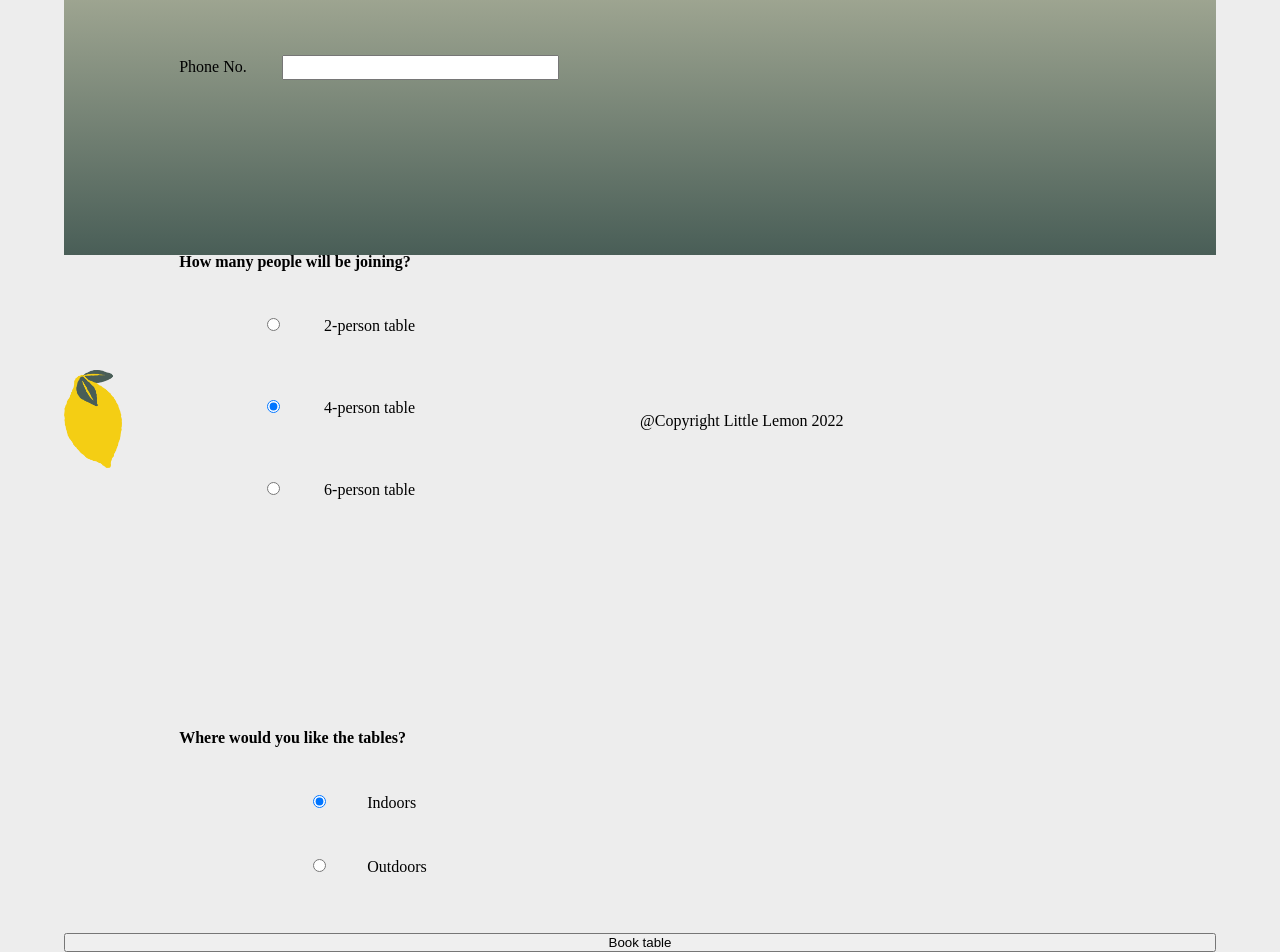
Repository: klone007/littleLemon
Page: index.html
An editor plug-in stored every save of this project. The page is shown before and after a run of saves, followed by the edit.
The browser window is 1280 px wide. The pictures show the part of the page from y = 3712 to 4664 px (the page is 4664 px tall).
A picture or video elsewhere on the page could not be fetched, so the positions and the page height are approximate. Backgrounds fixed to the window are drawn as part of the page.

Above is the page before, as saved 2022-11-17 13:45:45.

After the next 5 saves:
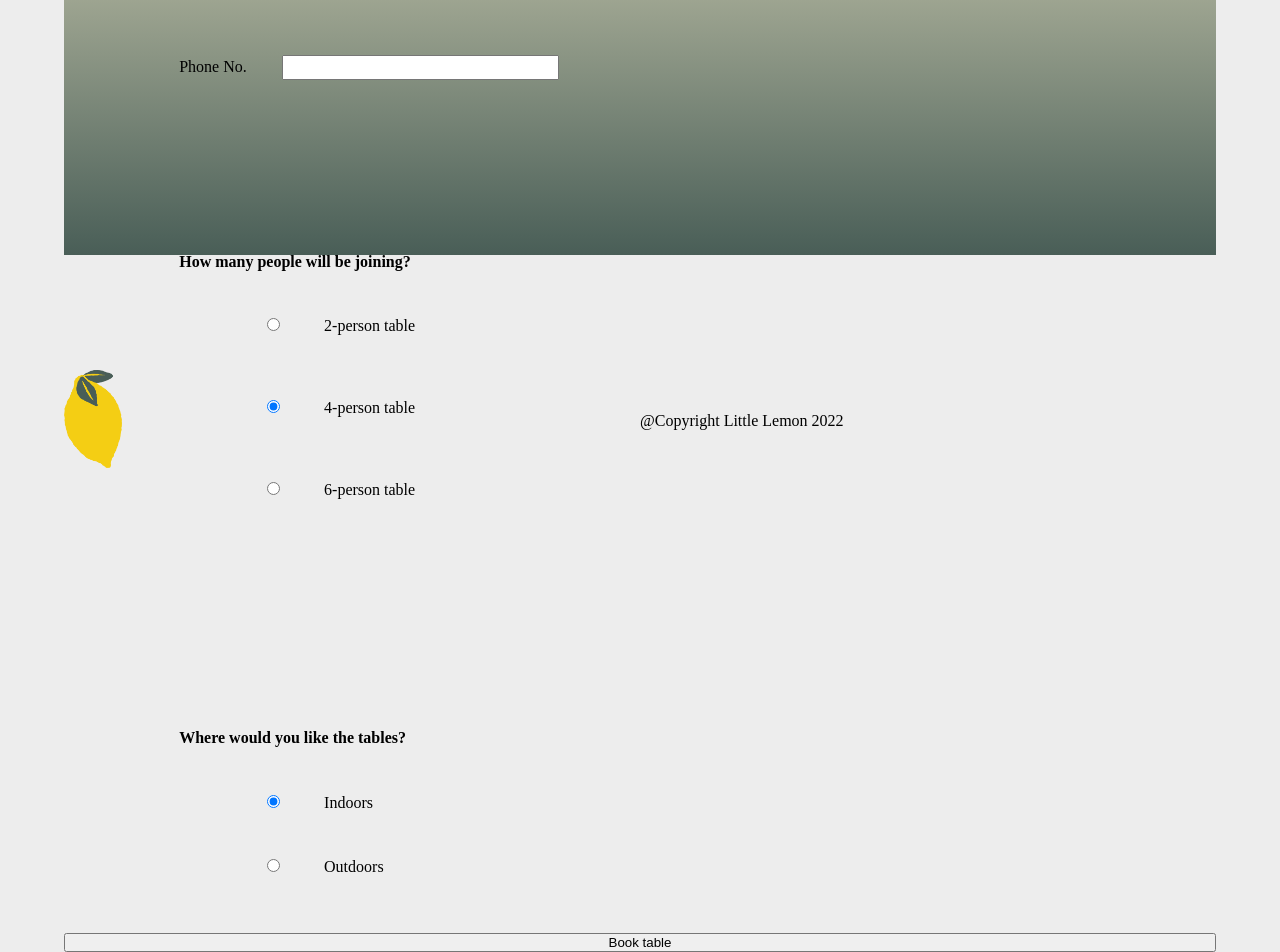
The 5 saves are shown as one change because they came seconds apart.
The last was saved 26 s later.
--- a/styles.css
+++ b/styles.css
@@ -527,7 +527,7 @@
 
 }
 
-#size label {
+#size label, #location label {
     margin-left:-3rem ;
 }
 
